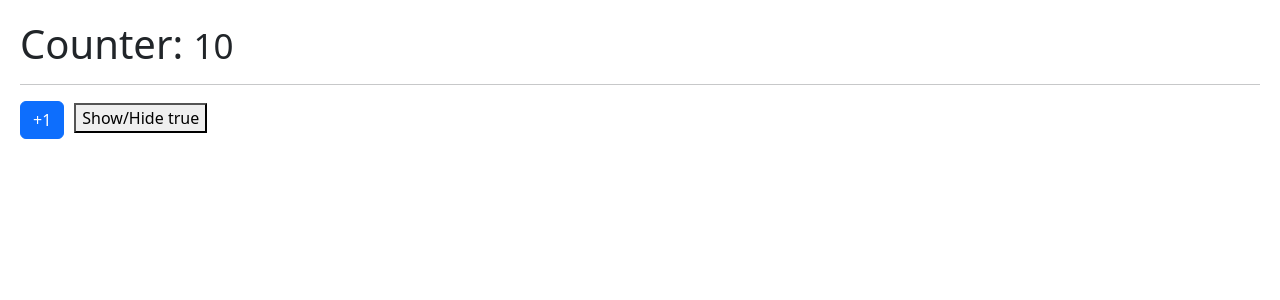
Repository: bryanesteban/hooks-App
Page: /
An editor plug-in stored every save of this project. The page is shown before and after a run of saves, followed by the edit.
The browser window is 1280 px wide. The pictures show the whole page.
The project was rebuilt for these pictures with package versions that can differ from the ones it lists, and the page was loaded fresh each time. Also part of the build but not shown: vite.config.js, src/HooksApp.jsx, src/01-useState/CounterApp.jsx, src/01-useState/CounterWithCustomHook.jsx, src/02-useEffect/Message.jsx, src/02-useEffect/SimpleForm.jsx, src/hooks/useForm.js, src/02-useEffect/FormWithCustomHook.jsx and 6 more.

Above is the page before, as saved 2024-07-27 06:09:52.

### src/main.jsx
import React from 'react'
import ReactDOM from 'react-dom/client'
import './index.css'
import { HooksApp } from './HooksApp'
import { CounterApp } from './01-useState/CounterApp'
import { CounterWithCustomHook } from './01-useState/CounterWithCustomHook'
import { SimpleForm } from './02-useEffect/SimpleForm'
import { FormWithCustomHook } from './02-useEffect/FormWithCustomHook'
import { MultipleCustomHook } from './03-examples/MultipleCustomHook'
import { FocusScreen } from './04-useRef/FocusScreen'
import { Layout } from './05-useLayoutEffect/Layout'
import { Memorize } from './06-memos/Memorize'

ReactDOM.createRoot(document.getElementById('root')).render(
  // <React.StrictMode>
  //   <FormWithCustomHook />
  // <MultipleCustomHook />
  // <FocusScreen/>
  // <Layout/>
      <Memorize/>

  // </React.StrictMode>
)

### src/06-memos/Memorize.jsx
import { useState } from "react";
import { useCounter } from "../hooks/useCounter"
import { Small } from "./Small";

export const Memorize = () => {

    const { counter, increment} = useCounter( 10 );
    const [show, setShow] = useState(true);
    return(
        <>
            <h1> Counter:  <Small value={counter}/> </h1>
            <hr/>


        <button
            className="btn btn-primary"
            onClick={ () => increment() }

        >
            +1
        </button>
        <button>
            Show/Hide {JSON.stringify(show)}
        </button>
        </>
    )
}

### src/hooks/useCounter.jsx
import { useState } from "react"

export const useCounter = (initialValue = 10 ) => {

    const [counter, setCounter] = useState(initialValue);

    const  increment  = (value = 1) => {
        setCounter( counter + value );
    }
    const  decrement  = (value = 1) => {
        if (counter === 0 ) return;
        setCounter( counter - value );
    }
    const  reset  = () => {
        setCounter( initialValue );
    }


    return {
        counter,
        increment,
        decrement,
        reset,
    }

}

### src/06-memos/Small.jsx
export  const Small = ({ value }) => {

    console.log('Me volvi a dibujar =(');

    return(
        <small>{ value }</small>
    )
}

Loaded but not shown: index.html (common file); src/index.css (common file)

After the next 3 saves:
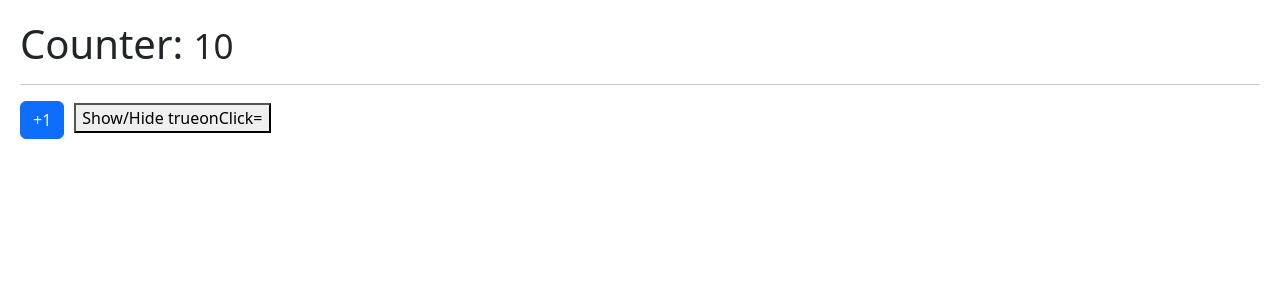
The 3 saves are shown as one change because they came seconds apart.
The last was saved 80 s later.
--- a/src/06-memos/Memorize.jsx
+++ b/src/06-memos/Memorize.jsx
@@ -21,6 +21,7 @@
         </button>
         <button>
             Show/Hide {JSON.stringify(show)}
+            onClick={ () => setShow( !show )}
         </button>
         </>
     )
